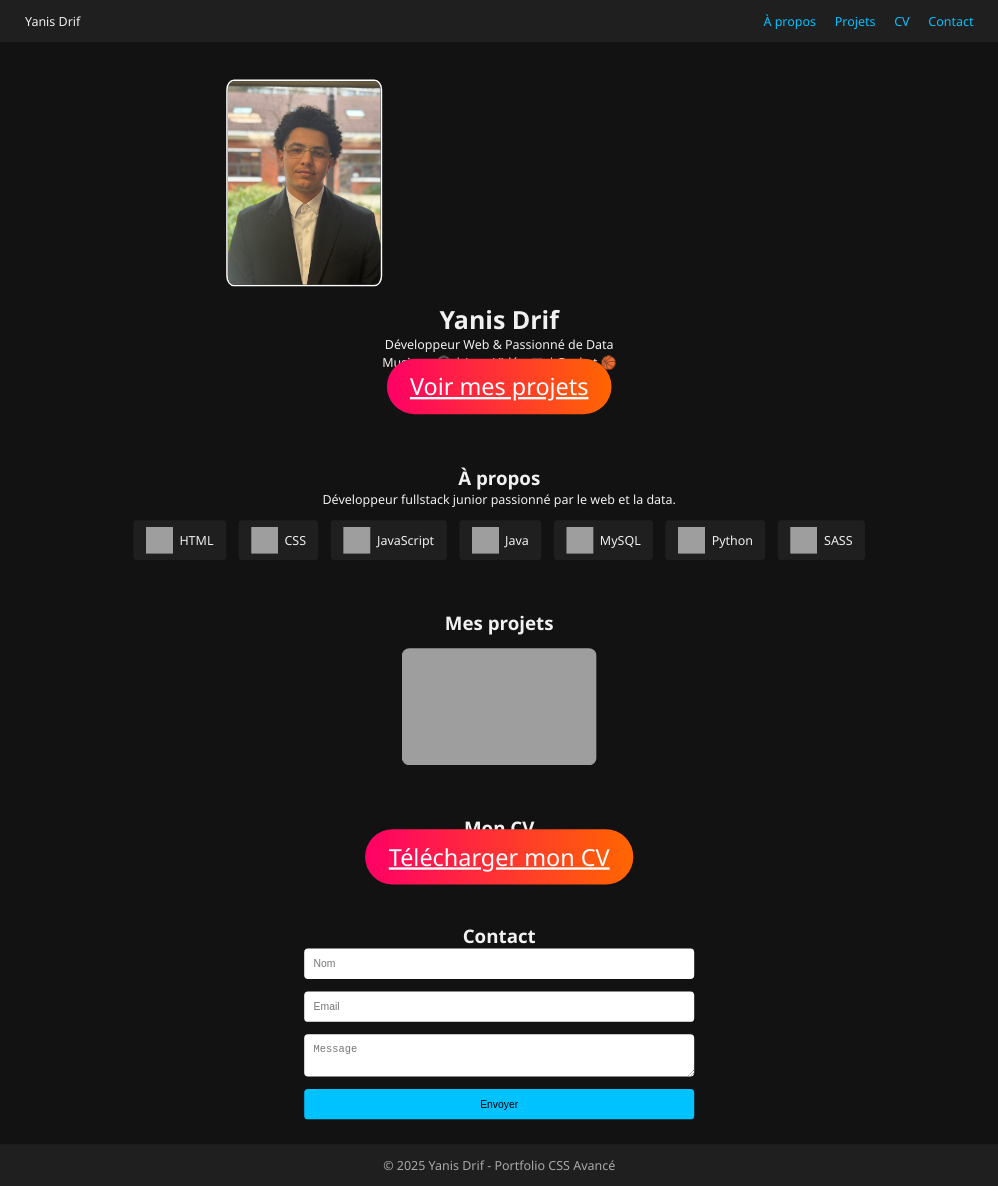
Repository: Yxniiss/ProjetCssAvance
Page: OneDrive/Bureau/Portfolio DrifYanis/home.html
An editor plug-in stored every save of this project. The page is shown before and after the next save, followed by the edit.
The browser window is 1280 px wide. The pictures show the whole page, at 78% of full size.
Pictures or frames that could not be fetched are drawn as grey boxes.

Above is the page before, as saved 2025-04-10 10:22:25.
Console error: TypeError: Cannot set properties of null (setting 'textContent')

### OneDrive/Bureau/Portfolio DrifYanis/home.html
<!DOCTYPE html>
<html lang="fr">
<head>
  <meta charset="UTF-8" />
  <meta name="viewport" content="width=device-width, initial-scale=1.0" />
  <title>Portfolio - Yanis Drif</title>
  <link rel="stylesheet" href="/style.css" />
  <script defer src="/script.js"></script>
</head>
<body>
  <nav class="navbar">
    <div class="logo">Yanis Drif</div>
    <ul class="nav-links">
      <li><a href="#apropos">À propos</a></li>
      <li><a href="#projets">Projets</a></li>
      <li><a href="#cv">CV</a></li>
      <li><a href="#contact">Contact</a></li>
    </ul>
  </nav>

  <header class="hero">
    <div class="hero__content">
      <img src="/image/IMG_0965 (2).jpeg" alt="Photo de profil" class="hero__image" />
      <h1 class="hero__name">Yanis Drif</h1>
      <p class="hero__tagline">Développeur <span>Web</span> & Passionné de Data</p>
      <p class="hero__desc">Musique 🎧 | Jeux Vidéo 🎮 | Basket 🏀</p>
      <a href="#projets" class="btn">Voir mes projets</a>
    </div>
  </header>

  <section id="apropos" class="section about">
    <h2>À propos</h2>
    <p>Développeur fullstack junior passionné par le web et la data.</p>
    <div class="skills">
      <div class="skill"><img src="https://devicon-website.vercel.app/api/html5/original-wordmark.svg" alt="HTML">HTML</div>
      <div class="skill"><img src="https://devicon-website.vercel.app/api/css3/original-wordmark.svg" alt="CSS">CSS</div>
      <div class="skill"><img src="https://devicon-website.vercel.app/api/javascript/original.svg" alt="JavaScript">JavaScript</div>
      <div class="skill"><img src="https://devicon-website.vercel.app/api/java/original-wordmark.svg" alt="Java">Java</div>
      <div class="skill"><img src="https://devicon-website.vercel.app/api/mysql/plain-wordmark.svg" alt="MySQL">MySQL</div>
      <div class="skill"><img src="https://devicon-website.vercel.app/api/python/original-wordmark.svg" alt="Python">Python</div>
      <div class="skill"><img src="https://devicon-website.vercel.app/api/sass/original.svg" alt="SASS">SASS</div>
    </div>
  </section>

  <section id="projets" class="section projets">
    <h2>Mes projets</h2>
    <div class="projects carousel">
      <img src="img/Capture d'écran 2025-04-09 23345.png" alt="Projet 1"/>
      <img src="/img/Capture d'écran 2025-04-09 12402 (1).png" alt="Projet 2" />
      <img src="/img/ChatGPT Image 9 avr. 2025, 23_49_51.png" alt="Projet 3" />
    </div>
  </section>

  <section id="cv" class="section cv">
    <h2>Mon CV</h2>
    <a href="/doc/CV Yanis (1) (1).pdf" download class="btn">Télécharger mon CV</a>
  </section>

  <section id="contact" class="section contact">
    <h2>Contact</h2>
    <form class="contact-form">
      <input type="text" placeholder="Nom" required />
      <input type="email" placeholder="Email" required />
      <textarea placeholder="Message" required></textarea>
      <button type="submit">Envoyer</button>
    </form>
  </section>

  <footer>
    <p>&copy; 2025 Yanis Drif - Portfolio CSS Avancé</p>
  </footer>
</body>
</html>

### OneDrive/Bureau/Portfolio DrifYanis/style.css
* {
    margin: 0;
    padding: 0;
    box-sizing: border-box;
  }

  body {
    font-family: "Segoe UI", sans-serif;
    background-color: #121212;
    color: #f1f1f1;
  }

  .navbar {
    display: flex;
    justify-content: space-between;
    padding: 1rem 2rem;
    background-color: #1f1f1f;
  }

  .nav-links {
    display: flex;
    list-style: none;
    gap: 1.5rem;
  }

  .nav-links a {
    color: #00c2ff;
    text-decoration: none;
  }

  .hero {
    padding: 3rem 1rem;
    text-align: center;
  }

  .hero__image {
    border-radius: 5%;
    width: 200px;
    border: 2px solid #ffffff;
    margin-bottom: 1rem;
    position: relative;
    right:250px ;
  }

  .section {
    padding: 2rem 1rem;
    text-align: center;
  }

  .projects {
    display: flex;
    justify-content: center;
    gap: 1rem;
    flex-wrap: wrap;
    margin-top: 1rem;
  }

  .projects img {
    width: 250px;
    height: 150px;
    -o-object-fit: cover;
       object-fit: cover;
    border-radius: 10px;
  }

  .skills {
    display: flex;
    flex-wrap: wrap;
    gap: 1rem;
    justify-content: center;
    margin-top: 1rem;
  }

  .skill {
    display: flex;
    align-items: center;
    gap: 0.5rem;
    background-color: #1f1f1f;
    padding: 0.5rem 1rem;
    border-radius: 5px;
  }

  .skill img {
    width: 35px;
    height: 35px;
  }

  footer {
    padding: 1rem;
    text-align: center;
    background-color: #1f1f1f;
    color: #aaa;
  }

  .btn {
    padding: 15px 30px;
    font-size: 30px;
    color:white;
    background: linear-gradient(90deg, #ff0066, #ff6600);
    border:none;
    border-radius: 50px;
    cursor: pointer;
    box-shadow: 0 4px 15px rgba(255,0,102,0);
    transition: box-shadow 0.3s ease, transform 0.3s ease;
  }

  .btn:hover{
    box-shadow: 0 10px 20px rgba(255,0,102,0.5);
    transform: translateY(-3px);
  }

  .contact-form {
    max-width: 500px;
    margin: auto;
    display: flex;
    flex-direction: column;
    gap: 1rem;
  }

  .contact-form input,
  .contact-form textarea {
    padding: 0.75rem;
    border: none;
    border-radius: 5px;
  }

  .contact-form button {
    background-color: #00c2ff;
    color: #000;
    padding: 0.75rem;
    border: none;
    border-radius: 5px;
    cursor: pointer;
  }

  .start h1{
    text-align: left;
    margin-top: 100px;
    font-size: 35px;
    margin-left: 100px;
  }

  .start h2{
    text-align: left;
    margin-top: 1px;
    font-size: 70px;
    margin-left: 100px;
  }

  .start h3{
    text-align: left;
    margin-top: 1px;
    font-size: 35px;
    margin-left: 100px;
  }

  #mot {
    color:#00c2ff;
  }

  #cursor{
    display: inline-block;
    width: 10px;
    background-color:black;
    animation: blink 0.8s step-end infinite;
  }

  @keyframes blink{
    50% {
      opacity: 0;
    }
  }

  @keyframes typing{
    from{
      width: 0;
    }
    to{
      width: 100%;
    }
  }

  #main{
    opacity: 0;
    transform: translateY(0);
    transition: opacity 5s ease, transform 5s ease;
  }

  body.loaded #main{
    opacity: 1;
    transform: translateY(0);
  }


  .start p{
    text-align: left;
    margin-left: 100px;
    margin-top: 20px;
    font-size: 20px;
  }

  .ntwrks {
    position: absolute;
    top: 410px;
    left: 110px;
    display: flex;
    flex-wrap: wrap;
    gap: 1rem;
  }

  .ntwrk {
    display: flex;
    align-items: center;
    gap: 0.5rem;
    background-color: #1f1f1f;
    padding: 1rem 1rem;
    border-radius: 100px;
    transition: 0.3s ease, opacity 0.3s ease;
  }

  .ntwrk:hover{
    transform: scale(1.2);
    opacity: 0.8;
  }

  .ntwrk img {
    width: 30px;
    height: 30px;
  }

  .modern-button{
    background-color:#00c2ff;
    font-size: 16px;
    font-weight: bold;
    border:none;
    padding: 15px 30px;
    border-radius: 25px;
    cursor: pointer;
    outline: none;
    position: relative;
    right:550px;
    top:120px;
    animation:glow 1.5s infinite alternate;
    transition: 0.3s ease, opacity 0.3s ease;
  }

  .modern-button a{
    color:white;
    text-decoration: none;
  }

  .modern-button:hover{
    transform: scale(1.2);
    opacity: 1;
  }

  @keyframes glow{
    0%{
      box-shadow: 0 0 10px 5px rgba(0, 194, 255, 0.6), 0 0 20px 10px rgba(0, 194, 255, 0.4);
    }
    100%{
      box-shadow: 0 0 20px 10px rgba(0, 194, 255, 1), 0 0 30px 15px rgba(0, 194, 255, 0.8);
    }
  }

  .image{
    max-width: 30%;
    position: relative;
    bottom: 350px;
    left: 350px;
  }

### OneDrive/Bureau/Portfolio DrifYanis/script.js

document.addEventListener('DOMContentLoaded', () => {
    // Scroll fluide
    document.querySelectorAll('a[href^="#"]').forEach(anchor => {
      anchor.addEventListener('click', function (e) {
        e.preventDefault();
        const target = document.querySelector(this.getAttribute('href'));
        if (target) {
          target.scrollIntoView({ behavior: 'smooth' });
        }
      });
    });

    // Carrousel automatique
    const images = document.querySelectorAll('.carousel img');
    let currentIndex = 0;

    function showSlide(index) {
      images.forEach((img, i) => {
        img.style.display = i === index ? 'block' : 'none';
      });
    }

    function nextSlide() {
      currentIndex = (currentIndex + 1) % images.length;
      showSlide(currentIndex);
    }

    if (images.length > 0) {
      showSlide(currentIndex);
      setInterval(nextSlide, 3000); // change every 3 seconds
    }
  });

  const mot = ["Etudiant", "Developpeur web", "Pasionné de code","Developpeur fullstack"];
  let index = 0;
  const element = document.getElementById("mot");
  const cursor = document.getElementById("cursor");

  let typingInterval;
  let currentWord = "";
  let currentCharIndex = 0;

  function  commencerTypingAnimation(){
    currentWord=mot[index];
    currentCharIndex = 0;
    element.textContent = '';

    typingInterval = setInterval(() =>{
      element.textContent += currentWord.charAt(currentCharIndex);
      currentCharIndex++;

      if(currentCharIndex === currentWord.length){
        clearInterval(typingInterval);
        setTimeout(changerMot,1000);
      }
    },150);
  }

  function changerMot(){
    element.textContent=mot[index];
    index++;
    if(index===mot.length){
      index=0;
    }
    commencerTypingAnimation();
  }
  commencerTypingAnimation();

  window.addEventListener('load', function () {
    document.body.classList.add('loaded');
  });

After the next save:
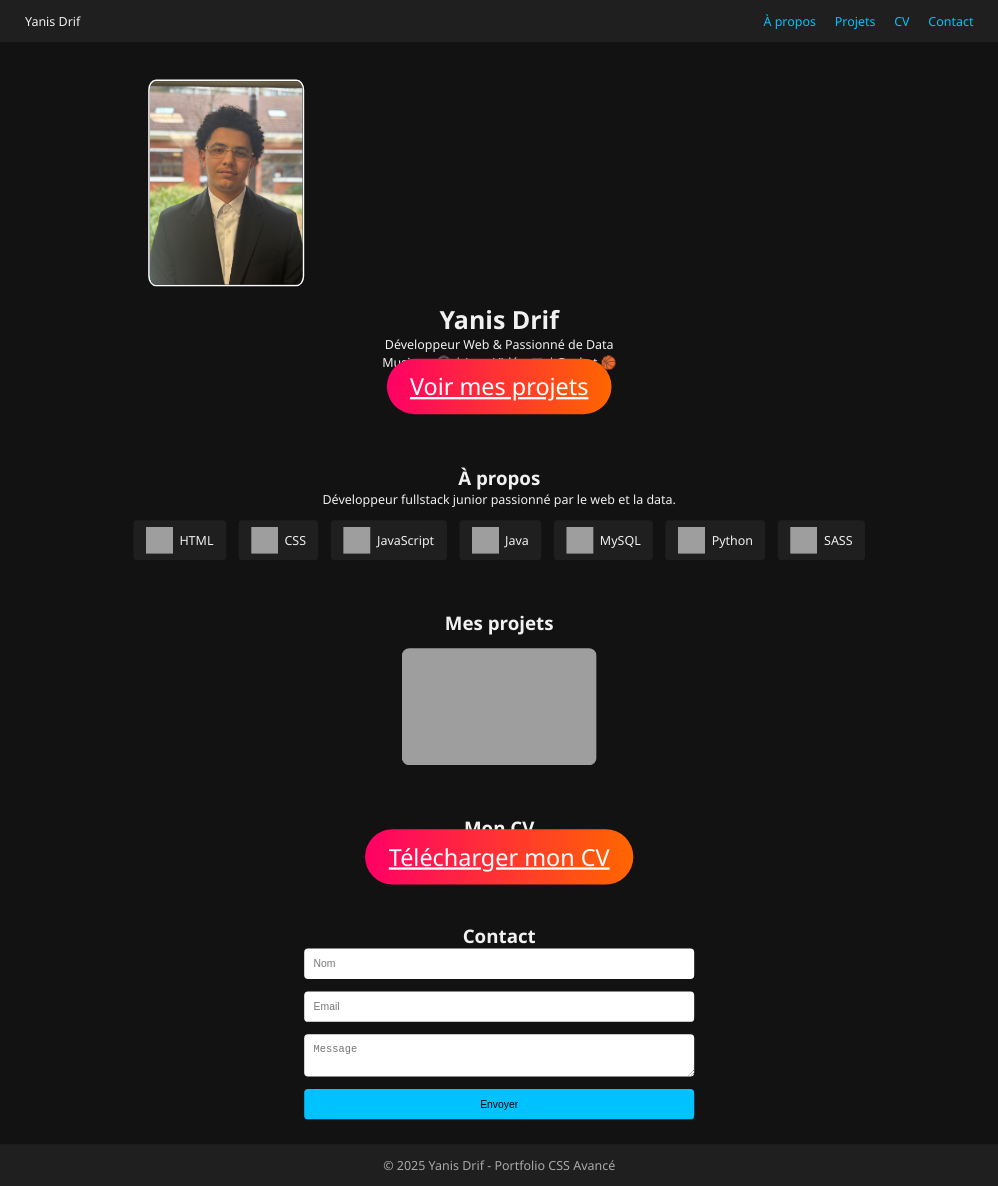
Saved 11 s later.
--- a/OneDrive/Bureau/Portfolio DrifYanis/style.css
+++ b/OneDrive/Bureau/Portfolio DrifYanis/style.css
@@ -39,7 +39,7 @@
     border: 2px solid #ffffff;
     margin-bottom: 1rem;
     position: relative;
-    right:250px ;
+    right:350px ;
   }
 
   .section {
